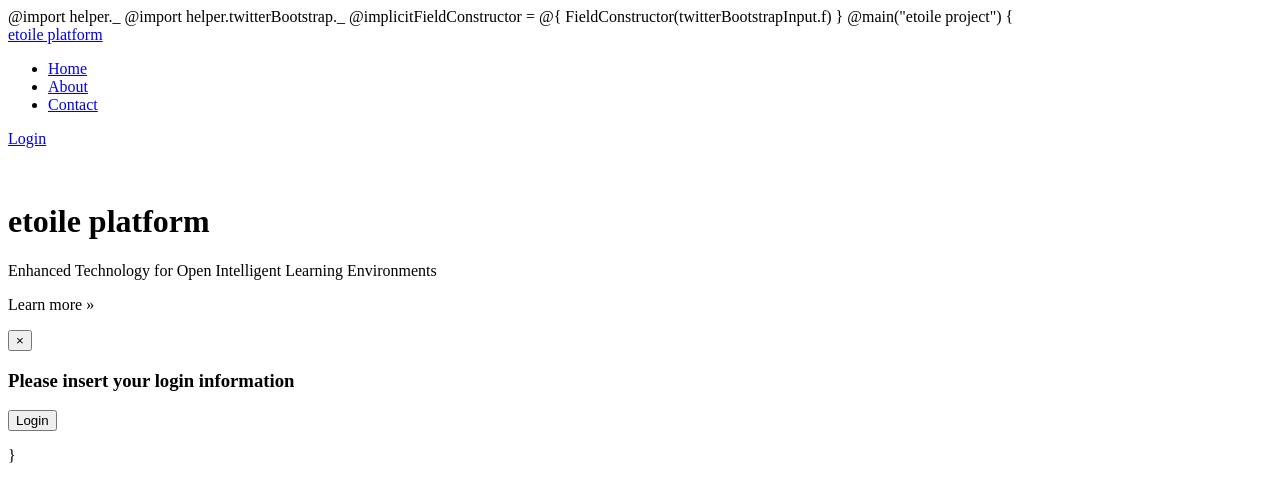
Repository: lopesdasilva/etoile
Page: etoile-play/.target/views/index.scala.html
The author's editor kept a copy of each file at every save. The page is drawn from the files as they stood at one save, then again after the next save.
The browser window is 1280 px wide. The pictures show the whole page.

Above is the page before, as saved 2012-10-23 11:57:31.

After the next save:
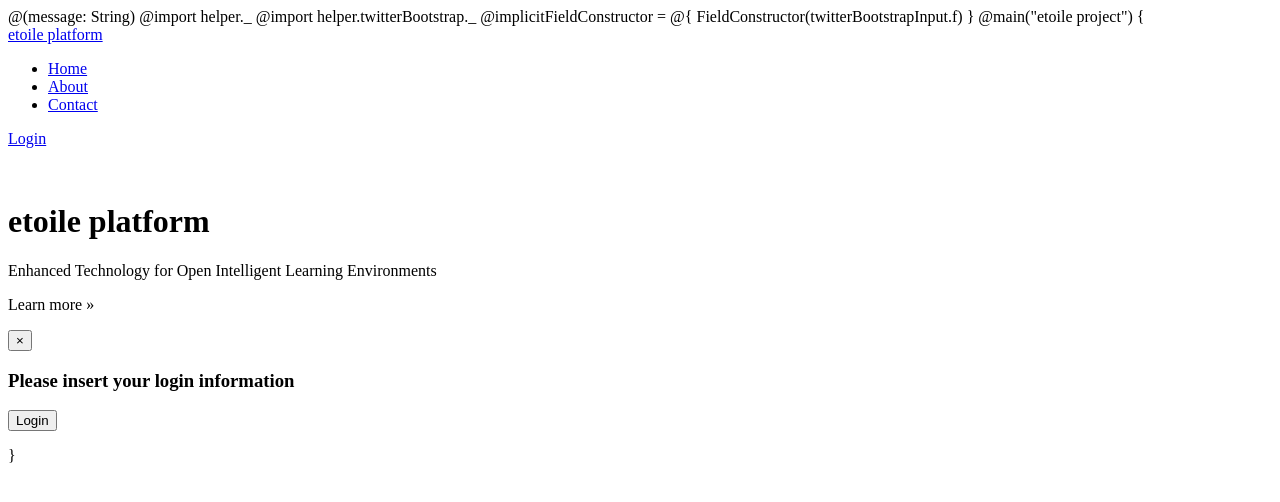
Saved 48 s later.
--- a/etoile-play/.target/views/index.scala.html
+++ b/etoile-play/.target/views/index.scala.html
@@ -1,4 +1,4 @@
-
+@(message: String)
 
 @import helper._
 @import helper.twitterBootstrap._
